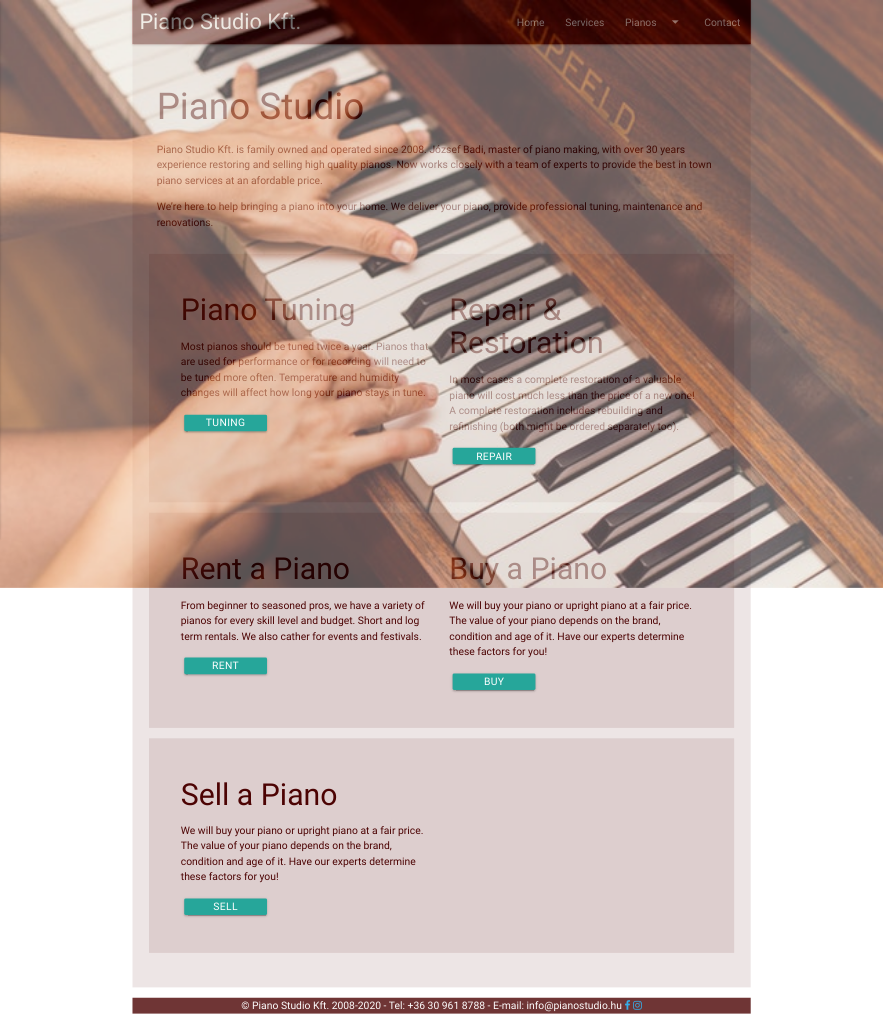
Repository: badiattila/pianostudioheroku
Page: http://localhost/
The author's editor kept a record of every edit. The page is drawn from the files as they stood at one moment, then again after the next edit.
The browser window is 1280 px wide. The pictures show the whole page, at 69% of full size.
Some web libraries are served in a nearby version. The page is served by the project's application, run on Flask 3 (app.py).

Above is the page before.

After the next edit:
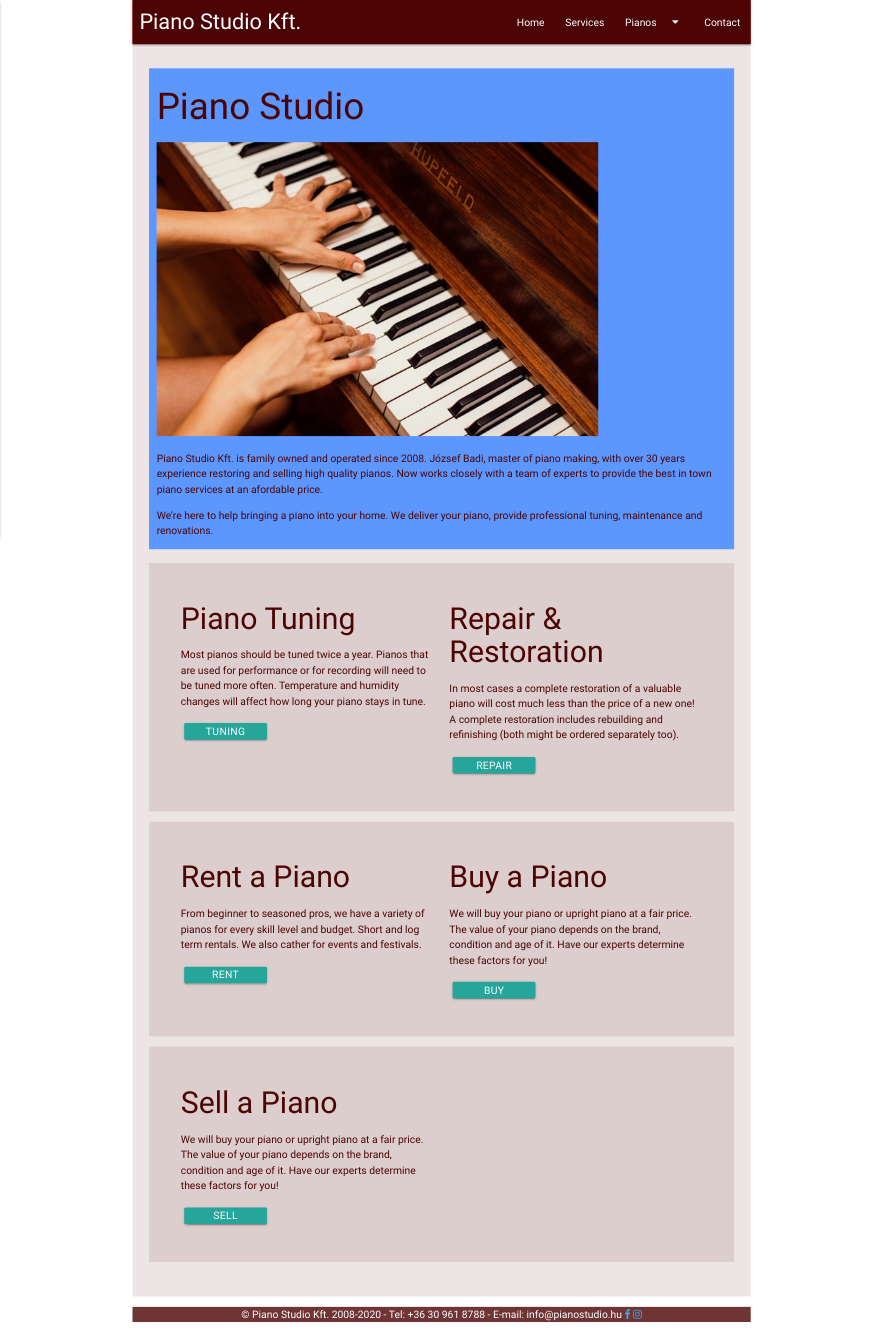
The edit:
--- a/static/css/style.css
+++ b/static/css/style.css
@@ -70,6 +70,10 @@
 }
 
 /* ID based background behaviour */
+.intro {
+    position: relative;
+    background: #5C97FF;
+    overflow: hidden;
 
 .intro img {
   position: absolute;
